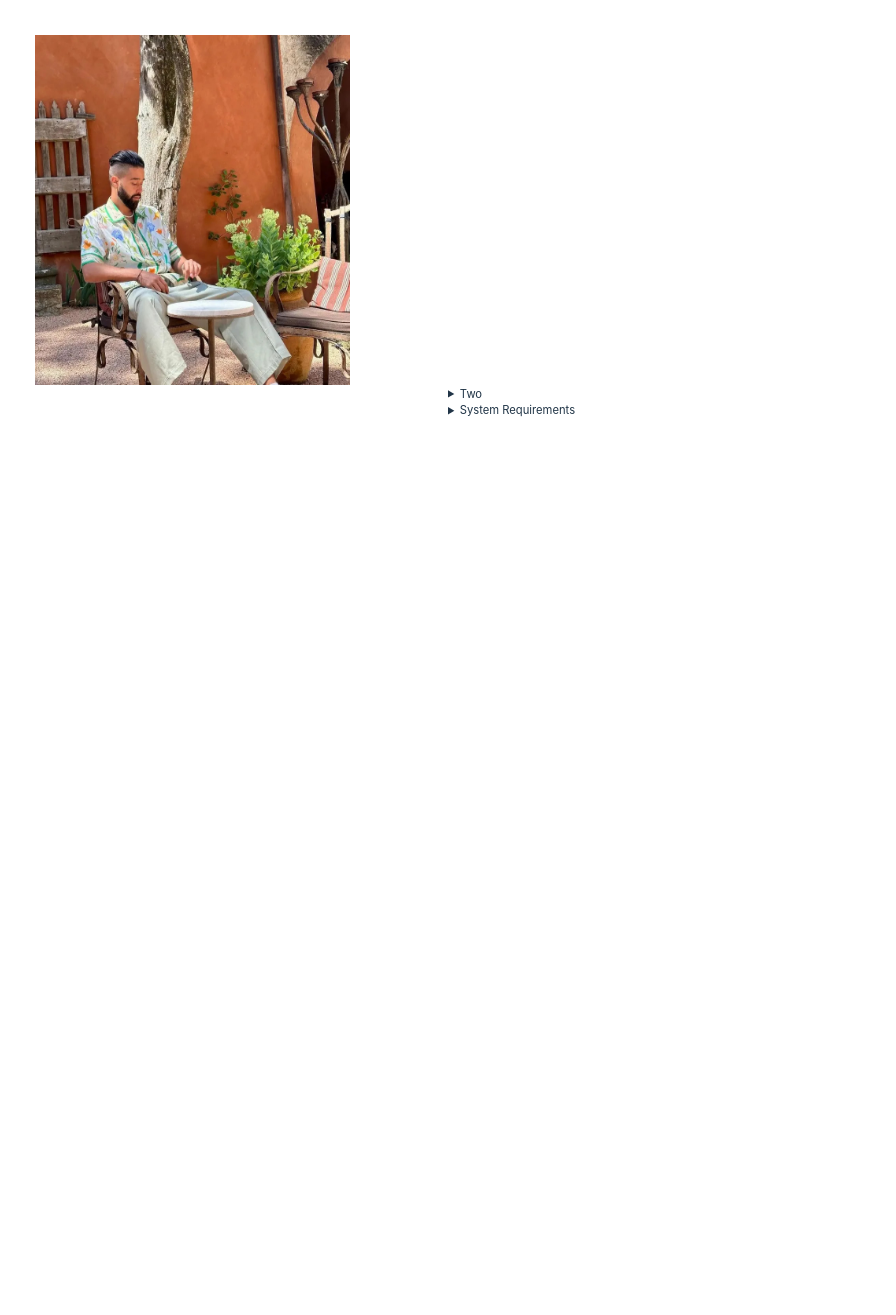
Repository: GavinPahal/my_app
Page: / (app in react/)
An editor plug-in stored every save of this project. The page is shown before and after the next save, followed by the edit.
The browser window is 1280 px wide. The pictures show the whole page, at 70% of full size.
The project was rebuilt for these pictures with package versions that can differ from the ones it lists, and the page was loaded fresh each time. Also part of the build but not shown: react/vite.config.js.

Above is the page before, as saved 2024-09-14 10:52:41.

After the next save:
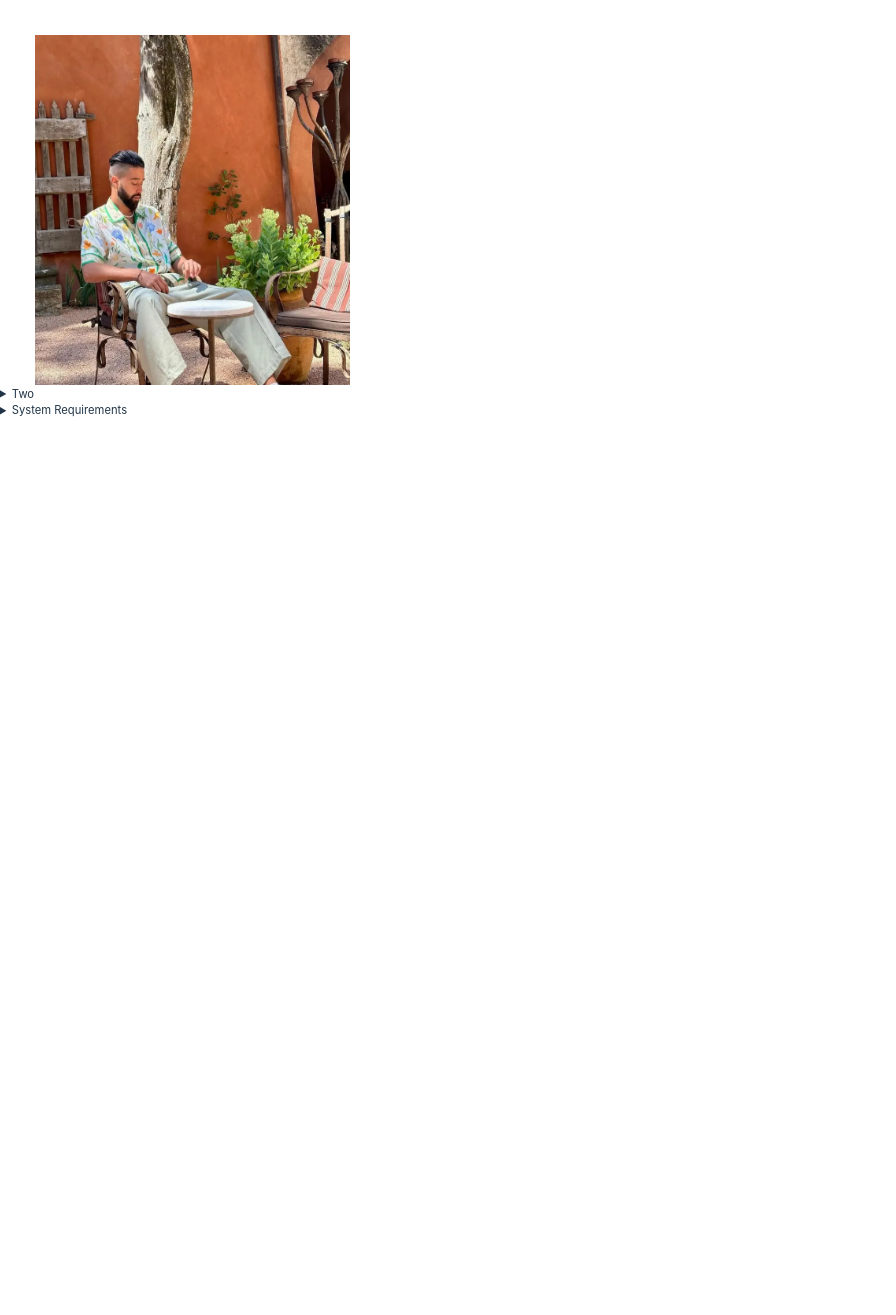
Saved 33 s later.
--- a/react/src/App.css
+++ b/react/src/App.css
@@ -9,6 +9,5 @@
 display: flex;
 flex-direction: column;
 justify-content:center;
-padding-left: 40rem;
 padding-bottom: 80rem;
 }

After the save that followed:
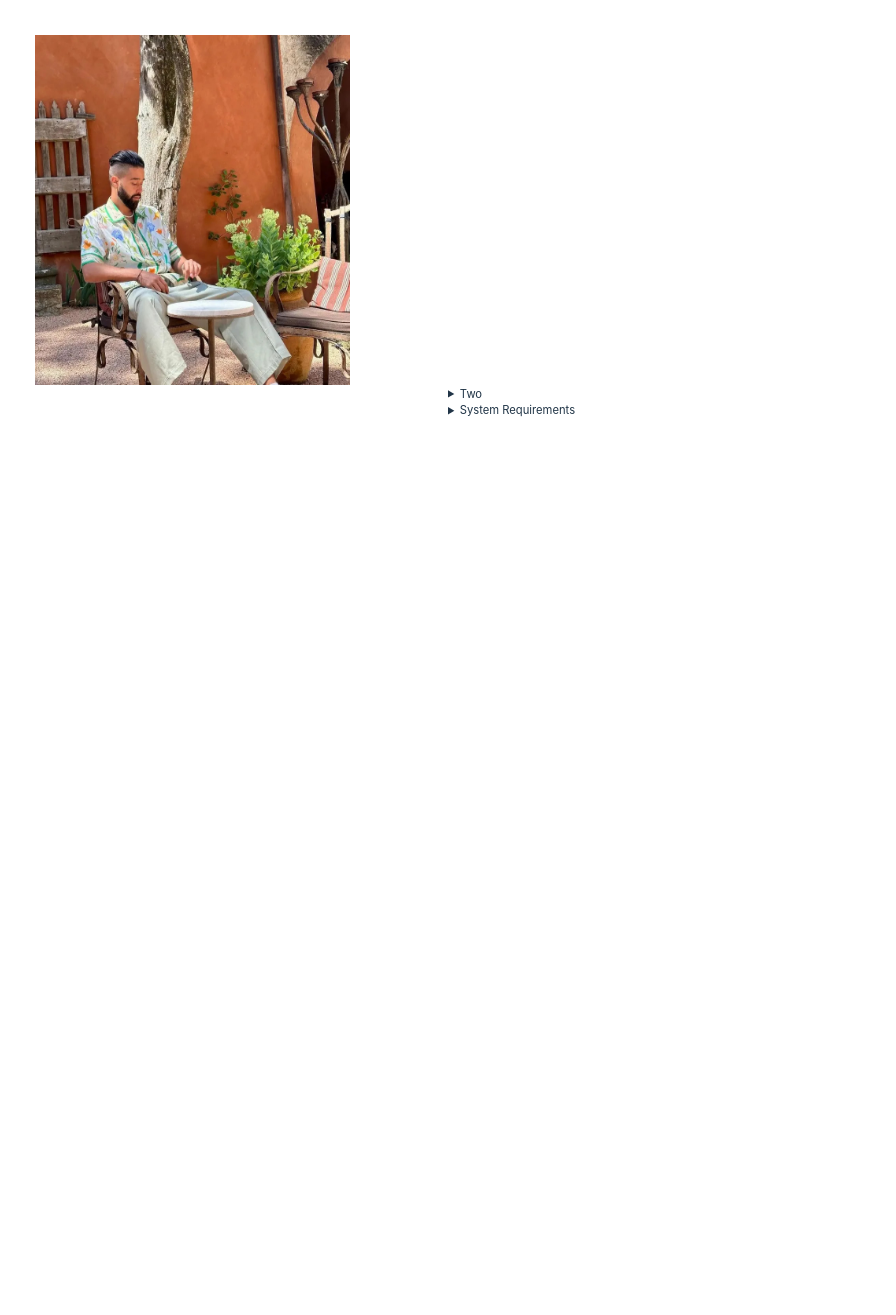
Saved 4 s later.
--- a/react/src/App.css
+++ b/react/src/App.css
@@ -9,5 +9,6 @@
 display: flex;
 flex-direction: column;
 justify-content:center;
+padding-left: 40rem;
 padding-bottom: 80rem;
 }
